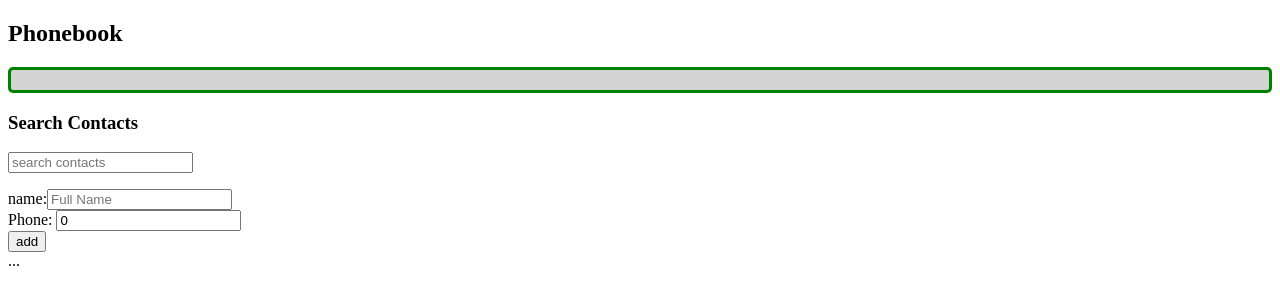
Repository: osalvatierra/fullstackopen
Page: / (app in phonebook/)
These files come from the project's save history. The page is drawn as it stood at one moment and after the next save; the edit follows.
The browser window is 1280 px wide. The pictures show the whole page.
The page's requests for data from a server got no answer. The project was rebuilt for these pictures with package versions that can differ from the ones it lists, and the page was loaded fresh each time. No one was signed in, and anything a server would have sent is missing. Also part of the build but not shown: phonebook/vite.config.js.

Above is the page before, as saved 2025-04-25 13:58:35.

### phonebook/src/main.tsx
import ReactDOM from "react-dom/client";
import "./index.css";
import App from "./App";

ReactDOM.createRoot(document.getElementById("root")!).render(<App />);

### phonebook/src/index.css
h1 {
  color: green;
  font-style: italic;
}

li {
  color: grey;
  padding-top: 3px;
  font-size: 15px;
}
.note {
  color: green;
  padding-top: 5px;
  font-size: 15px;
  background: lightgrey;
  font-size: 20px;
  border-style: solid;
  border-radius: 5px;
  padding: 10px;
  margin-bottom: 10px;
}

### phonebook/src/App.tsx
import { useState, useEffect } from "react";
import { Phonebook } from "./types/phonebook";

import PersonForm from "./components/PersonForm";
import SearchBox from "./components/SearchBox";
import SearchList from "./components/SearchList";
import Notifications from "./components/notifications";

import personService from "./services/personService";

const App = () => {
  const [persons, setPersons] = useState<Phonebook[]>([]);
  const [newName, setNewName] = useState("");
  const [newNumber, setNewNumber] = useState<number>(0);
  const [filteredPersons, setFilterPersons] = useState(persons);
  const [searchField, setSearchField] = useState("");
  const [message, setMessage] = useState("");

  const hook = () => {
    console.log("effect");
    personService.getAll().then((response) => {
      console.log("promise fullfilled");
      setPersons(response.data);
    });
  };

  useEffect(hook, []);

  console.log("render", persons.length, "notes");

  useEffect(() => {
    const newFilteredPersons = persons.filter((person) => {
      return person.name.toLocaleLowerCase().includes(searchField);
    });
    setFilterPersons(newFilteredPersons);
  }, [persons, searchField]);

  const handleName = (event: React.ChangeEvent<HTMLInputElement>) => {
    console.log(event.target.value);
    const value = event.target.value;

    setNewName(value);
  };

  const handleNumber = (event: React.ChangeEvent<HTMLInputElement>) => {
    console.log(event.target.value);
    const value = Number(event.target.value) || 0;
    setNewNumber(value);
  };

  const onSearchChange = (event: React.ChangeEvent<HTMLInputElement>) => {
    const searchFieldString = event.target.value.toLocaleLowerCase();
    setSearchField(searchFieldString);
  };

  const handleDelete = (id: string) => {
    if (window.confirm("Are you sure you want to delete this contact?")) {
      personService
        .remove(id)
        .then(() => {
          setPersons(persons.filter((p) => p.id !== id));
          const deletedName =
            persons.find((p) => p.id === id)?.name ?? "Unknown";
          console.log(deletedName);
          setMessage(`${deletedName} was removed from the phonebook`);
        })
        .catch((err) => {
          console.error(err);
          alert("Failed to delete contact.");
        });
    }
  };

  const handleSubmit = (event: React.FormEvent<HTMLFormElement>) => {
    event?.preventDefault();

    const existingPerson = persons.find((p) => p.name === newName);

    console.log(existingPerson);
    const phoneObject = {
      id: existingPerson ? existingPerson.id : crypto.randomUUID(),
      name: newName,
      number: newNumber,
    };

    if (existingPerson) {
      personService
        .update(existingPerson.id, phoneObject)
        .then((response) => {
          setPersons(
            persons.map((p) => (p.id === existingPerson.id ? response.data : p))
          );
          alert(`${newName} updated sucessfully.`);
          setMessage(`${newName} was updated`);
        })
        .catch((error) => {
          console.error(error);
          alert("Update Failed");
        });
    } else {
      personService
        .create({ ...phoneObject, id: crypto.randomUUID() })
        .then((response) => {
          setPersons(persons.concat(response.data));
          setMessage(`${newName} was added to phonebook`);
          alert(`${newName} added to phonebook.`);
        });
    }

    setNewName("");
    setNewNumber(0);
  };

  return (
    <div>
      <h2>Phonebook</h2>
      <Notifications message={message} />
      <h3>Search Contacts</h3>
      <SearchBox
        onChangeHandler={onSearchChange}
        placeholder="search contacts"
      />
      <SearchList persons={filteredPersons} handleDelete={handleDelete} />
      <PersonForm
        handleSubmit={handleSubmit}
        handleName={handleName}
        handleNumber={handleNumber}
        newName={newName}
        newNumber={newNumber}
      />
      ...
    </div>
  );
};

export default App;

### phonebook/src/components/PersonForm.tsx
import { formProps } from "../types/formprops";

const PersonForm = ({
  newName,
  newNumber,
  handleName,
  handleNumber,
  handleSubmit,
}: formProps) => (
  <form onSubmit={handleSubmit}>
    <div>
      name:
      <input placeholder={"Full Name"} value={newName} onChange={handleName} />
    </div>
    <div>
      Phone: <input value={newNumber} onChange={handleNumber} />
    </div>
    <div>
      <button type="submit">add</button>
    </div>
  </form>
);

export default PersonForm;

### phonebook/src/components/SearchBox.tsx
import { SearchBoxProps } from "../types/searchboxprops";

const SearchBox = ({ placeholder, onChangeHandler }: SearchBoxProps) => (
  <input placeholder={placeholder} onChange={onChangeHandler} />
);

export default SearchBox;

### phonebook/src/components/SearchList.tsx
import { Phonebook } from "../types/phonebook";

type SearchListProps = {
  persons: Phonebook[];
  handleDelete: (id: string) => void;
};

const SearchList = ({ persons, handleDelete }: SearchListProps) => {
  return (
    <div>
      <ul>
        {persons.map((person) => (
          <li key={person.id}>
            {person.name} — {person.number}{" "}
            <button type="button" onClick={() => handleDelete(person.id)}>
              Delete
            </button>
          </li>
        ))}
      </ul>
    </div>
  );
};

export default SearchList;

### phonebook/src/components/notifications.tsx
type notificationProps = {
  message: string;
};

const Notifications = ({ message }: notificationProps) => {
  if (message === null) {
    return null;
  }

  return <div className="note">{message}</div>;
};

export default Notifications;

### phonebook/src/services/personService.tsx
import axios from "axios";
const baseUrl = "http://localhost:3001/persons";
import { PersonService } from "../types/personserviceprops";

const getAll: PersonService["getAll"] = () => {
  return axios.get(baseUrl);
};

const create: PersonService["create"] = (newObject) => {
  return axios.post(baseUrl, newObject);
};

const update: PersonService["update"] = (id: string, newObject) => {
  return axios.put(`${baseUrl}/${id}`, newObject);
};

const remove: PersonService["remove"] = (id) => {
  return axios.delete(`${baseUrl}/${id}`);
};

const personService: PersonService = {
  getAll,
  create,
  update,
  remove,
};

export default personService;

Loaded but not shown: phonebook/index.html (common file)

After the next save:
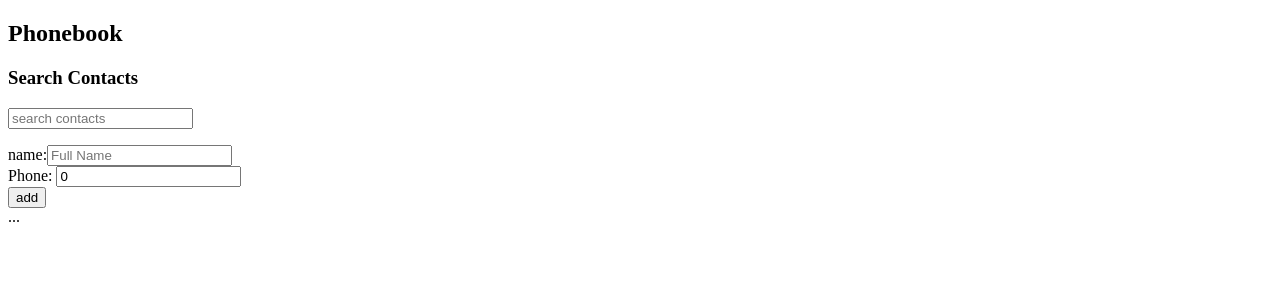
Saved 6 min 5 s later.
--- a/phonebook/src/components/notifications.tsx
+++ b/phonebook/src/components/notifications.tsx
@@ -3,7 +3,7 @@ type notificationProps = {
 };
 
 const Notifications = ({ message }: notificationProps) => {
-  if (message === null) {
+  if (!message || message.trim() === "") {
     return null;
   }
 
